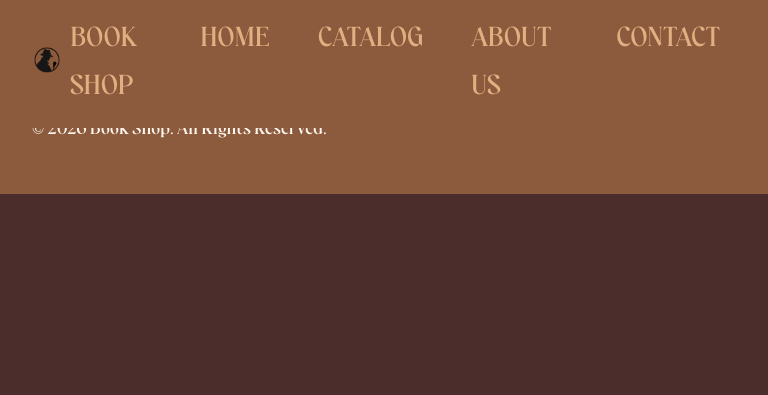
Repository: Nicholas0103/Book_Shop
Page: html/book.html
These files come from the project's save history. The page is drawn as it stood at one moment and after the next save; the edit follows.
The browser window is 768 px wide. The pictures show the whole page.

Above is the page before, as saved 2026-07-27 17:29:16.

### html/book.html

<!DOCTYPE html>
<html lang="en">

<head>
    <meta charset="UTF-8">
    <meta name="viewport" content="width=device-width, initial-scale=1.0">
    <title>Mystery Bookstore</title>
    <link rel="stylesheet" href="/css/style.css">
</head>

<body>

    <header>
        <div class="logo">
            <img src="/assets/images/logo.png" class="logo-img" alt="logo">
            <p>Book Shop</p>
        </div>
        <nav>
            <ul class="top-bar">
                <li><a href="#home" class="active">Home</a></li>
                <li><a href="#features">Catalog</a></li>
                <li><a href="about.html">About Us</a></li>
                <li><a href="#contact">Contact</a></li>
            </ul>
        </nav>
    </header>


    <!-- MAIN BOOK DETAILS CONTAINER -->
    <main class="page-content">
        <div class="book-details-wrapper">
            <!-- Back Navigation Link -->
            <a href="javascript:history.back()" class="back-link">&larr; Back to Collection</a>

            <!-- Dynamic Content Card -->
            <div id="book-details-container" class="book-details-card">
                <!-- JavaScript will inject book details here -->
            </div>
        </div>
    </main>


    <footer>
        <div class="footer-info">
            <p>📍 221B Baker Street, London</p>
            <p>&copy; 2026 Book Shop. All Rights Reserved.</p>
        </div>
    </footer>

    <script src="/js/main.js"></script>
</body>
</html>

### css/style.css
/* ========================================
1. COLOR
======================================== */

:root {
    --bg-color: #4B2E2B;
    --logo-color: #000000;
    --text-color: #e1af82;
    --hover-color: #FFF8F0;
    --border-color: #4B2E2B;
    --accent-color: #8C5A3C;

    --border-color: rgb(75, 46, 43);
}

/* ========================================
2. FONTS
======================================== */

@font-face {
    font-family: 'Hexen';
    src: url('/assets/fonts/Hexen.otf') format('opentype');
}

@font-face {
    font-family: 'Sins';
    src: url('/assets/fonts/Sins.otf') format('opentype');
}

@font-face {
    font-family: 'Kait';
    src: url('/assets/fonts/Kait.otf') format('opentype');
}

@font-face {
    font-family: 'Aulieny';
    src: url('/assets/fonts/Aulieny.otf') format('opentype');
}

/* ========================================
3. BASE STYLES
======================================== */

* {
    margin: 0;
    padding: 0;
    box-sizing: border-box;
    scroll-behavior: smooth;
}

body {
    margin: 0;
    padding: 0;
    background-color: var(--bg-color);
}

/* ========================================
4. HEADER
======================================== */

header {
    top: 0;
    left: 0;
    display: flex;
    align-items: center;
    justify-content: space-between;
    padding: 1rem 2rem;
    background-color: var(--accent-color);
    font-size: 1.5rem;
    position: relative;
    position: fixed;
    width: 100%;
    z-index: 1000;
}

.logo {
    display: flex;
    color: var(--text-color);
    font-family: Aulieny;
    text-transform: uppercase;
    gap: 0.5rem;
    align-items: center;
}

.logo-img {
    margin-bottom: 0.5rem;
    width: 30px;
}

.top-bar {
    display: flex;
    list-style: none;
    gap: 3rem;
    margin-right: 1rem;
}

.top-bar a {
    text-decoration: none;
    color: var(--text-color);
    text-transform: uppercase;
    font-family: Aulieny;
    transition: color 0.3s ease;
}

.top-bar a:hover {
    color: var(--hover-color);
}

/* ========================================
5. HOME SECTION
======================================== */

.home-section {
    min-height: 100vh;
    padding-top: 50vh;
    display: flex;
    align-items: center;
    padding: 80px 4rem 0 4rem;
    border-bottom: 2px dashed var(--accent-color);
    background: linear-gradient(rgba(75, 46, 43, 0.4), rgba(75, 46, 43, 0.4)), url('/assets/images/background-2.png');
    background-size: cover;
    background-repeat: no-repeat;
}

.hero-container {
    width: 100%;
    max-width: 1600px;
    margin: 0 auto;
    display: grid;
    grid-template-columns: 1fr 1fr;
    gap: 9rem;
    align-items: center;
}

.hero-text h1 {
    font-size: 8rem;
    line-height: 0.82;
    color: #fff8f0;
    margin: 0;
    font-family: Sins;
    letter-spacing: 2px;

}
.hero-text p {
    font-size: 2.2rem;
    color: #b88b68;
    margin: 1.2rem 0 3.5rem;
    letter-spacing: 2px;
}
.explore-btn {
    background: var(--accent-color);
    color: var(--hover-color);
    padding: 1rem 4rem 0.5rem 4rem;
    border-radius: 99px;
    font-size: 1.8rem;
    text-decoration: none;
    transition: 0.3s ease;
    display: inline-block;
    font-family: Aulieny;
}
.explore-btn:hover {
    background: #996b4b;
    transform: translateY(-4px);
}

.hero-books {
    position: relative;
    height: 400px;
    left: 2rem;
    margin-top: -4rem;
}
.book {
    width: 220px;
    height: 330px;
    object-fit: cover;
    border-radius: 6px;
    box-shadow: 0 8px 22px rgba(0,0,0,0.45);
    position: absolute;
    transition: all 0.3s ease;
}
.book1 {
    top: 0;
    left: 30px;
    transform: rotate(-6deg);
    z-index: 3;
}
.book2 {
    top: 80px;
    left: 130px;
    transform: rotate(4deg);
    z-index: 2;
}
.book3 {
    top: 140px;
    left: 60px;
    transform: rotate(-2deg);
    z-index: 1;
}
.book:hover {
    transform: rotate(0deg) translateY(-12px);
    z-index: 10;
}


/* ========================================
6. MAIN SECTION
======================================== */

.features-section {
    padding: 1rem 1rem 5rem 1rem;
    text-align: center;
    border-bottom: 2px dashed var(--accent-color);
}

.section-title {
    font-family: Sins;
    font-size: 5rem;
    letter-spacing: 1px;
    color: var(--hover-color);
    margin-bottom: -0.5rem;
    text-transform: uppercase;
    margin-top: 3rem;
}

.section-subtitle {
    font-family: Aulieny;
    font-size: 2.5rem;
    color: var(--accent-color);
    margin-bottom: 3rem;
    text-transform: uppercase;
}

/* ========================================
5. FEATURES SECTION
======================================== */

.slider-wrapper {
    display: flex;
    align-items: center;
    justify-content: space-between;
    position: relative;
    margin: 0 auto;
}

.slider-track {
    flex: 0 0 calc(90% - 15px);
    display: flex;
    overflow: hidden;
    scroll-behavior: smooth;
    gap: 2rem;
    overflow-x: auto;

    padding-left: 2rem;
    padding-right: 2rem;
    box-sizing: border-box;
    -webkit-mask-image: linear-gradient(
        to right,
        transparent 0%,
        black 8%,
        black 92%,
        transparent 100%
    );
    mask-image: linear-gradient(
        to right,
        transparent 0%,
        black 8%,
        black 92%,
        transparent 100%
    );
}

.slider-track::-webkit-scrollbar {
    display: none;
}

.button-area {
    display: flex;
    width: 5%;
    justify-content: center;
    align-items: center;
}

.arrow-btn {
    background-color: #FFFDF8;
    color: #5A3500;
    border: none;
    width: 40px;
    height: 40px;
    border-radius: 50%;
    cursor: pointer;
    font-size: 1.1rem;
    display: flex;
    align-items: center;
    justify-content: center;
    z-index: 10;
    transition: background-color 0.2s;
}

.arrow-btn:hover {
    background-color: #D4AF37;
}

.book-card {
    display: flex;
    flex-direction: column;
    align-items: center;
}

.book-cover-link {
    display: block;
    width: 12rem;
    height: 20rem;
    margin-bottom: 15px;
    border-radius: 6px;
    overflow: hidden;
    border: 1px solid var(--accent-color);
    background-color: var(--accent-color);
}

.book-cover:hover {
    transform: scale(1.03);
    opacity: 1.0;
}

.book-cover {
    width: 100%;
    height: 100%;
    opacity: 0.8;
    object-fit: cover;
    display: block;
    transition: all 0.3s ease;
}

.buy-btn {
    background-color: #FFFDF8;
    color: #5A3500;
    border: none;
    padding: 0.3rem 3rem 0.1rem 3rem;
    border-radius: 20px;
    font-family: Aulieny;
    font-size: 0.95rem;
    cursor: pointer;
    transition: transform 0.2s, background-color 0.2s;
    margin-top: 1rem;
}

.buy-btn:hover {
    background-color: var(--accent-color);
    color: var(--hover-color);
    transform: translateY(-2px);
}


@media (max-width: 768px) {
    .book-card {
        flex: 0 0 calc(50% - 10px);
    }
}

/* ========================================
6. FOOTER
======================================== */

footer {
    background-color: var(--accent-color);
    padding: 3rem 2rem;
}

footer p {
    font-family: aulieny;
    font-size: 1rem;
    color: var(--hover-color);
    margin-bottom: 1rem;
}

footer p:last-child {
    margin-bottom: 0;
}

/* ========================================
7. ABOUT PAGE
======================================== */

.about-section {
    padding: 9rem 1rem 5rem 1rem;
    text-align: center;
    border-bottom: 2px dashed var(--accent-color);
}

.about-img {
    width: 90%;
    border: 1px solid var(--accent-color);
    border-radius: 20px;
    opacity: 0.8;
    margin: 1rem 0 5rem 0;
}

.about-block {
    margin: 3rem auto;
    max-width: 1000px;
    text-align: center;
}
.about-block h3 {
    font-family: Sins;
    font-size: 2.2rem;
    margin-bottom: 1rem;
    color: var(--text-color);
    text-align: center;
}
.about-block p {
    font-size: 1.15rem;
    line-height: 1.85;
    color: var(--hover-color);
    font-family: Georgia, "Times New Roman", serif;
    letter-spacing: 0.3px;
}
.about-container {
    max-width: 1100px;
    margin: 0 auto;
    padding: 0 1rem;
}

.reveal {
    opacity: 0;
    transform: translateY(40px);
    transition: all 0.8s ease-out;
}
.reveal.active {
    opacity: 1;
    transform: translateY(0);
}
.top-bar a.active {
    color: var(--hover-color);
    text-decoration: underline;
    text-decoration-color: var(--hover-color);
    text-decoration-thickness: 2px;
    text-underline-offset: 0.5rem;
}

### js/main.js
function revealAnimation() {
    const reveals = document.querySelectorAll('.reveal');
    const windowHeight = window.innerHeight;
    const revealPoint = 150;

    reveals.forEach(item => {
        const itemTop = item.getBoundingClientRect().top;
        if (itemTop < windowHeight - revealPoint) {
            item.classList.add('active');
        }
    });
}

function navScrollSpy() {
    const sections = document.querySelectorAll('section[id]');
    const navLinks = document.querySelectorAll('.top-bar a');
    const headerOffset = 120;

    let currentSection = "";
    sections.forEach(section => {
        const sectionTop = section.offsetTop - headerOffset;
        const sectionHeight = section.offsetHeight;
        if (window.scrollY >= sectionTop && window.scrollY < sectionTop + sectionHeight) {
            currentSection = section.getAttribute('id');
        }
    });

    navLinks.forEach(link => {
        link.classList.remove('active');
        if (link.getAttribute('href') === `#${currentSection}`) {
            link.classList.add('active');
        }
    });
}

window.addEventListener('scroll', () => {
    revealAnimation();
    navScrollSpy();
});
window.addEventListener('load', () => {
    revealAnimation();
    navScrollSpy();
});

document.addEventListener("DOMContentLoaded", () => {

    const sliders = document.querySelectorAll(".slider-wrapper");
    const scrollAmount = 200;

    sliders.forEach(slider => {
        const track = slider.querySelector(".slider-track");
        const prevBtn = slider.querySelector(".left-arrow");
        const nextBtn = slider.querySelector(".right-arrow");

        if (nextBtn && track) {
            nextBtn.addEventListener("click", () => {
                track.scrollBy({
                    left: scrollAmount,
                    behavior: "smooth"
                });
            });
        }

        if (prevBtn && track) {
            prevBtn.addEventListener("click", () => {
                track.scrollBy({
                    left: -scrollAmount,
                    behavior: "smooth"
                });
            });
        }
    });
});

After the next save:
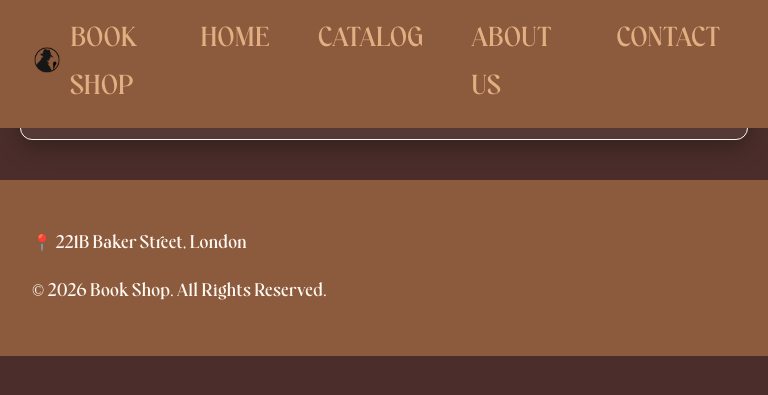
Saved 9 s later.
--- a/css/style.css
+++ b/css/style.css
@@ -436,3 +436,126 @@
     text-decoration-thickness: 2px;
     text-underline-offset: 0.5rem;
 }
+
+
+
+
+/* Book.html */
+/* Single Book Detail Layout */
+.book-details-wrapper {
+    max-width: 900px;
+    margin: 40px auto;
+    padding: 0 20px;
+}
+
+.back-link {
+    display: inline-block;
+    margin-bottom: 20px;
+    color: var(--hover-color, #D4AF37);
+    text-decoration: none;
+    font-size: 1rem;
+    font-weight: bold;
+    transition: transform 0.2s;
+}
+
+.back-link:hover {
+    transform: translateX(-4px);
+}
+
+.book-details-card {
+    display: flex;
+    gap: 40px;
+    background-color: rgba(255, 255, 255, 0.05);
+    border: 1px solid var(--hover-color, #D4AF37);
+    border-radius: 12px;
+    padding: 30px;
+    box-shadow: 0 8px 24px rgba(0, 0, 0, 0.3);
+}
+
+.detail-cover-container {
+    flex: 0 0 300px;
+}
+
+.detail-cover {
+    width: 100%;
+    height: auto;
+    border-radius: 8px;
+    box-shadow: 0 4px 12px rgba(0, 0, 0, 0.5);
+    border: 1px solid rgba(255, 255, 255, 0.2);
+}
+
+.detail-info {
+    flex: 1;
+    display: flex;
+    flex-direction: column;
+    justify-content: space-between;
+}
+
+.detail-title {
+    font-family: Georgia, serif;
+    font-size: 2.2rem;
+    margin-bottom: 8px;
+}
+
+.detail-author {
+    font-size: 1.2rem;
+    opacity: 0.85;
+    margin-bottom: 20px;
+}
+
+.detail-metadata {
+    display: flex;
+    gap: 15px;
+    flex-wrap: wrap;
+    margin-bottom: 20px;
+}
+
+.badge {
+    background-color: rgba(212, 175, 55, 0.15);
+    color: var(--hover-color, #D4AF37);
+    border: 1px solid var(--hover-color, #D4AF37);
+    padding: 6px 14px;
+    border-radius: 20px;
+    font-size: 0.9rem;
+}
+
+.detail-price-row {
+    display: flex;
+    align-items: center;
+    gap: 20px;
+    margin-top: 20px;
+}
+
+.detail-price {
+    font-size: 1.8rem;
+    font-weight: bold;
+    color: var(--hover-color, #D4AF37);
+}
+
+/* Fallback state when book ID is not found */
+.not-found-message {
+    text-align: center;
+    padding: 60px 20px;
+}
+
+/* Responsive view for mobile screens */
+@media (max-width: 768px) {
+    .book-details-card {
+        flex-direction: column;
+        align-items: center;
+        text-align: center;
+    }
+
+    .detail-cover-container {
+        flex: 0 0 auto;
+        width: 220px;
+    }
+
+    .detail-metadata {
+        justify-content: center;
+    }
+
+    .detail-price-row {
+        justify-content: center;
+    }
+}
